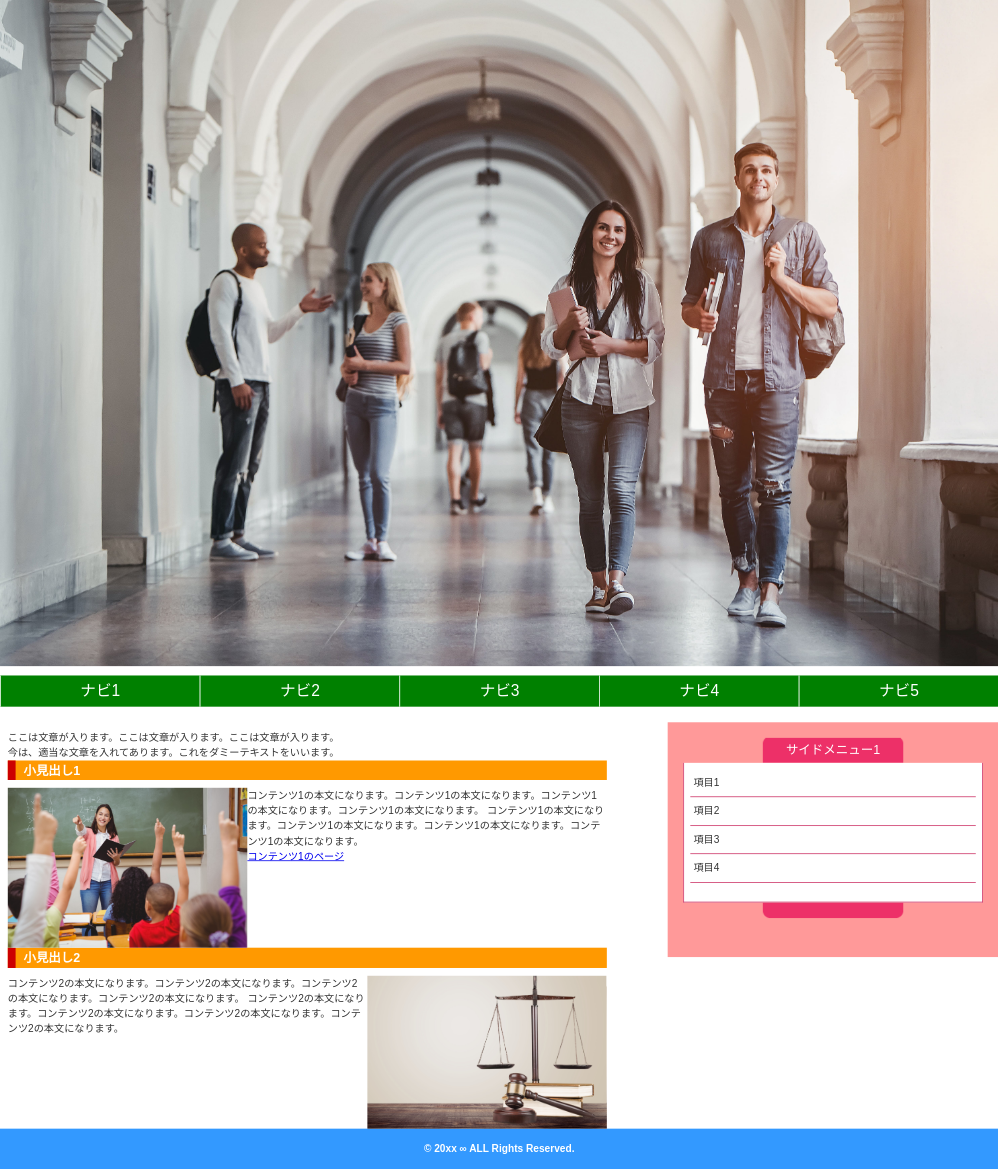
Repository: ryota-ima/samurai_HTML-CSS
Page: home.html
The author's editor kept a record of every edit. The page is drawn from the files as they stood at one moment, then again after the next edit.
The browser window is 1280 px wide. The pictures show the whole page, at 78% of full size.

Above is the page before.

### home.html
<!DOCTYPE html>
<html lang="ja">
    <head>
        <meta charset="UTF-8">
        <title>HTML/CSSの学習</title>
        <link rel="stylesheet" href="stylesheet.css">
    </head>
    <body>
        <div id="header">
            <h1><a href="index.html"><img id="corridor" src="images/corridor.jpg" alt="大学の廊下" /></a></h1>
        </div>
        <div id="wrapper">
            <div id="nav">
                <ul>
                    <li><a href="home.html">ナビ1</a></li>
                    <li><a href="#">ナビ2</a></li>
                    <li><a href="#">ナビ3</a></li>
                    <li><a href="#">ナビ4</a></li>
                    <li><a href="#">ナビ5</a></li>
                </ul>
            </div>
            <div id="container">
                <div id="main">
                    <div class="post">
                        <p>ここは文章が入ります。ここは文章が入ります。ここは文章が入ります。<br>今は、適当な文章を入れてあります。これをダミーテキストをいいます。</p>
                    </div>
                    <div class="post clearfix">
                        <h2>小見出し1</h2>
                        <img class="left" src="images/classroom.jpg" alt="授業風景">
                        <p>
                            コンテンツ1の本文になります。コンテンツ1の本文になります。コンテンツ1の本文になります。コンテンツ1の本文になります。
                            コンテンツ1の本文になります。コンテンツ1の本文になります。コンテンツ1の本文になります。コンテンツ1の本文になります。
                        </p>
                        <p><a href="#">コンテンツ1のページ</a></p>
                    </div>
                    <div class="post clearfix">
                        <h2>小見出し2</h2>
                        <img class="right" src="images/scale.jpg" alt="天秤">
                        <p>
                            コンテンツ2の本文になります。コンテンツ2の本文になります。コンテンツ2の本文になります。コンテンツ2の本文になります。
                            コンテンツ2の本文になります。コンテンツ2の本文になります。コンテンツ2の本文になります。コンテンツ2の本文になります。
                        </p>
                    </div>
                </div>
                <div id="side">
                    <div class="box">
                        <h2>サイドメニュー1</h2>
                        <div class="boxBody">
                            <ul>
                                <li>項目1</li>
                                <li>項目2</li>
                                <li>項目3</li>
                                <li>項目4</li>
                            </ul>
                        </div>
                    </div>
                </div>
            </div>

        </div>
        <div id="footer">
          <p>&copy; 20xx ∞ ALL Rights Reserved.</p>
        </div>


    </body>
</html>

### stylesheet.css
@charset "utf-8";

body {
    margin: 0;
    padding: 0;
    font-family: "ヒラギノ角ゴ Pro W3", "Hiragino Kaku Gothic Pro", "メイリオ", Meiryo, Osaka, "ＭＳ Ｐゴシック", "MS PGothic", sans-serif;
	color: #333;
	font-size: 13px;
	line-height: 150%;
}

/*-------------------wrapper-----------------------*/

#wrapper {
    width: 100%;
    margin: auto;
    padding: 0;
    border: 0;
    background-color: #fff;
    top: 10px;
    position: relative;
}

/*-------------------header------------------------*/

#header {
    width: 100%;
}

#header h1 {
    margin: 0;
    padding: 0;
}

#corridor {
    width: 100%;
    height: auto;
}

/*---------------------footer------------------------*/

#footer {
    clear: both;
    width: 100%;
    padding: 3px 0 3px 0;
    background: #39F;
    color: #FFF;
    font-weight: bold;
    text-align: center;
}

/*-----------------------nav---------------------------*/

#nav {
    width: 100%;
}

#nav ul {
    margin: 0;
    padding: 0;
    list-style-type: none;
}

#nav ul li {
    float: left;
    width: 20%;
    text-align: center;
}

#nav ul li a {
    display: block;
    height: 20px;
    margin: 0;
    padding: 10px;
    color: #FFF;
    font-size: 20px;
    text-decoration: none;
    background-color: green;
    border-left: 1px solid white;
}

#nav ul li a:hover {
    filter: drop-shadow(10px 10px 10px black);
}

/*-------------------container-----------------------*/

#container {
    width: 100%;
    margin: auto;
    padding-top: 20px;
    clear: both;
}

/*------------------------main------------------------------*/

#main {
    float: left;
    width: 60%;
    padding: 10px 30px 10px 10px;
}

#main h2 {
    margin: 0 0 10px 0;
    padding: 3px 10px 3px 10px;
    color: #FFF;
    font-size: 16px;
    border-left: solid 10px #C00;
    background-color: #F90;
}

#main p {
    margin: 0;
    padding: 0;
}

#main post {
    margin: 0 0 30px 0;
}

#main .post img .right {
    margin: 0 0 0 8px;
}

#main .post img .left {
    margin: 0 8px 0 0;
}

.right {
    float: right;
    width: 40%;
    height: auto;
}

.left {
    float: left;
    width: 40%;
    height: auto;
}

/*-------------------------clearfix----------------------------*/


.clearfix {
    zoom: 1;
}

.clearfix:after {
    content: "";
    display: block;
    clear: both;
}


/*-------------------------side---------------------------------*/

#side {
    float: right;
    width: 30%;
    padding: 20px;
    background-color: #F99;
}


#side .box {
    margin: 0 auto 30px auto;
    padding: 0 0 20px 0;
    background: url(images/side_box.png) bottom no-repeat;
}

#side .box h2 {
    margin: 0;
    padding: 8px;
    text-align: center;
    color: #fff;
    font-size: 16px;
    line-height: 16px;
    font-weight: normal;
    background: url(images/side_box_h2.png) center no-repeat;
}

#side .box .boxBody {
    padding: 8px;
    border-right: solid 1px #C36;
    border-bottom: solid 1px #C36;
    border-left: solid 1px #C36;
    background: #fff;
}

#side .box .boxBody ul {
    margin: 0 0 16px 0;
    padding: 0;
}

#side .box .boxBody ul li {
    padding: 8px 0 8px 4px;
    list-style: none;
    border-bottom: solid 1px #C36;
}

#side .box .boxBody ul li:hover {
    padding: 8px 0 8px 4px;
    list-style: none;
    border-bottom: solid 1px #C36;
    box-shadow: 0px 4px 4px rgba(0,0,0,0.3);
}

After the next edit:
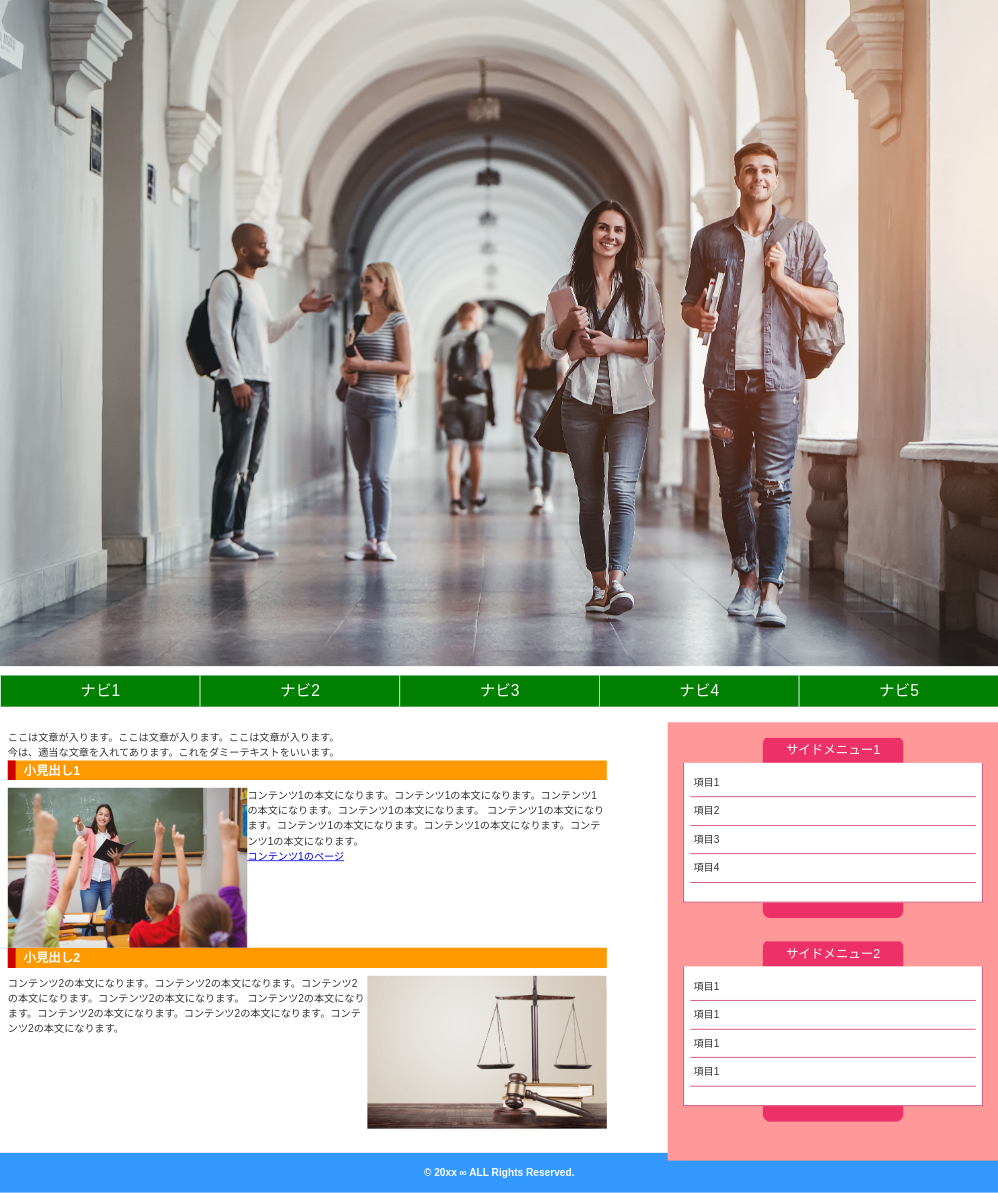
The edit:
--- a/home.html
+++ b/home.html
@@ -54,6 +54,17 @@
                             </ul>
                         </div>
                     </div>
+                    <div class="box">
+                        <h2>サイドメニュー2</h2>
+                        <div class="boxBody">
+                            <ul>
+                                <li>項目1</li>
+                                <li>項目1</li>
+                                <li>項目1</li>
+                                <li>項目1</li>
+                            </ul>
+                        </div>
+                    </div>
                 </div>
             </div>
 
